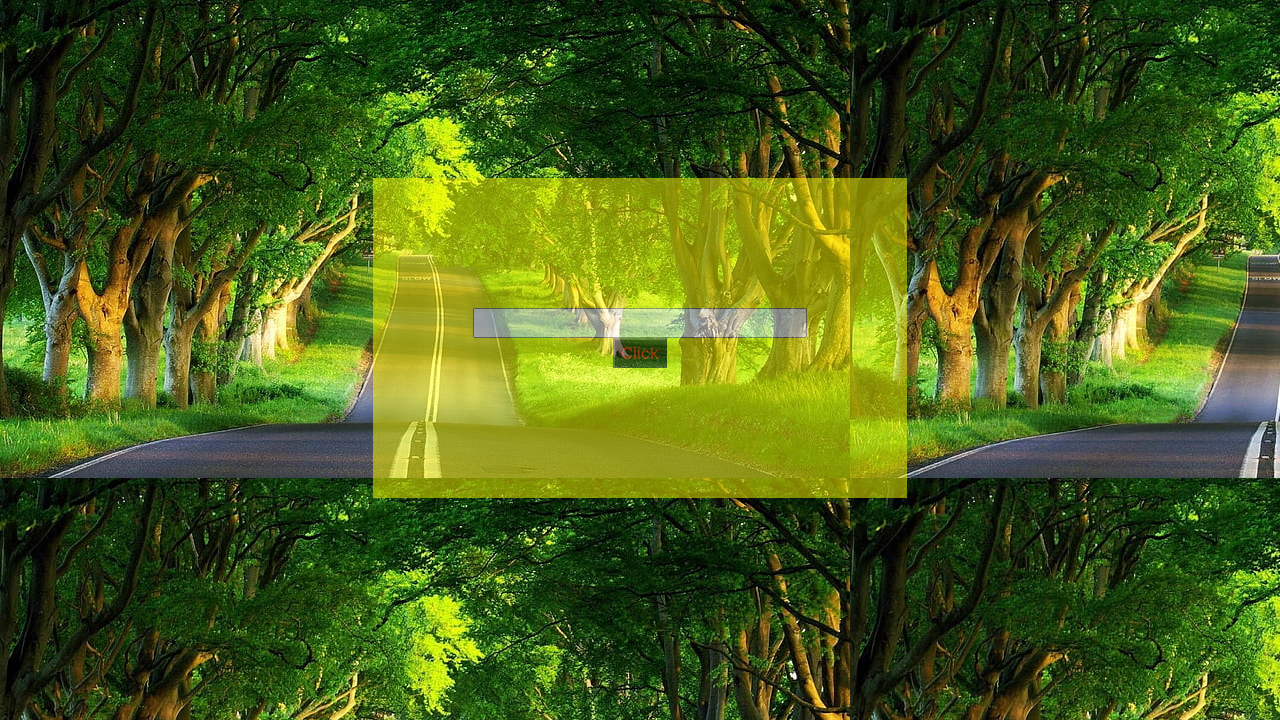
Repository: prashantkumarbind/Hospital-Weather-Concept
Page: http://localhost/weather-app/
These files come from the project's save history. The page is drawn as it stood at one moment and after the next save; the edit follows.
The browser window is 1280 px wide. The pictures show the whole page.
The page is served by Tomcat 9. Other server files are loaded and not shown.

Above is the page before, as saved 2024-01-19 07:22:54.

### weather-app/src/main/webapp/index.jsp
<%@ page language="java" contentType="text/html; charset=ISO-8859-1"
    pageEncoding="ISO-8859-1"%>
<!DOCTYPE html>
<html>
<head>
<meta charset="ISO-8859-1">
<meta charset="utf-8">
<meta name="viewport" content="width=device-width, initial-scale=1, shrink-to-fit=no">
<link rel="stylesheet" href="https://cdn.jsdelivr.net/npm/bootstrap@4.6.2/dist/css/bootstrap.min.css">
<title>weather app</title>
<style>
	body{
		 background-image: url("img/we3.jpg");
	}
	.controller{
		margin-top:130px;
		background-color:yellow;
		padding:130px 100px;
		opacity: 0.50;

	}
	.button-design{
		color:red;
		background-color:black;
	}
</style>
</head>
<body>

		<section class="form-top-header header-top mt-5">
			<div class="container-fluid">
				<div class="row justify-content-center">
					<div class="col-5 form controller text-center">
						<form action="FormDataController" method="Post">
							 <div class="form-design">
							 	<input class="w-100" type="text" name="city_name" class="">
							 	<input class="button-design" type="submit" value="Click">
							 </div>
						</form>
					</div>
				</div>
			</div>
		</section>

 <!-- <script src="https://cdn.jsdelivr.net/npm/jquery@3.5.1/dist/jquery.slim.min.js"></script>
 <script src="https://cdn.jsdelivr.net/npm/bootstrap@4.6.2/dist/js/bootstrap.bundle.min.js"></script>
 -->
</body>
</html>

After the next save:
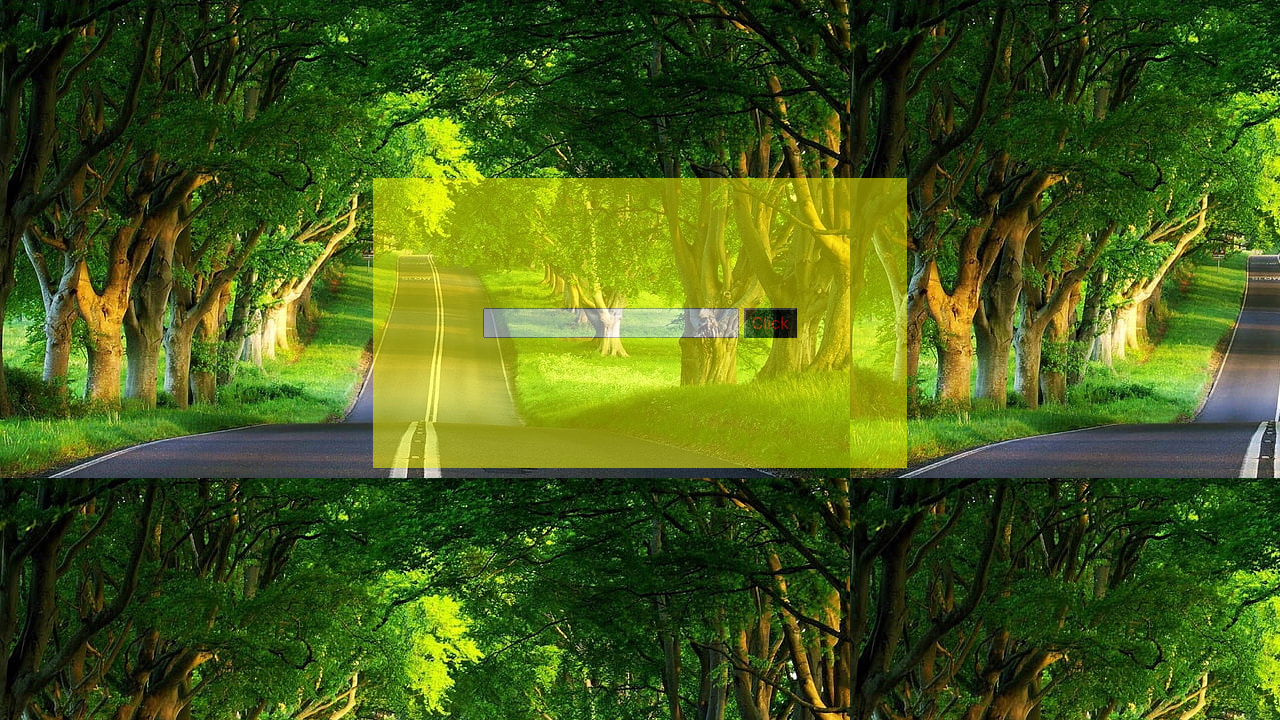
Saved 73 s later.
--- a/weather-app/src/main/webapp/index.jsp
+++ b/weather-app/src/main/webapp/index.jsp
@@ -23,6 +23,9 @@
 		color:red;
 		background-color:black;
 	}
+	.text-input{
+		widht:100px;
+	}
 </style>
 </head>
 <body>
@@ -33,7 +36,7 @@
 					<div class="col-5 form controller text-center">
 						<form action="FormDataController" method="Post">
 							 <div class="form-design">
-							 	<input class="w-100" type="text" name="city_name" class="">
+							 	<input class="text-input" type="text" name="city_name" class="">
 							 	<input class="button-design" type="submit" value="Click">
 							 </div>
 						</form>
